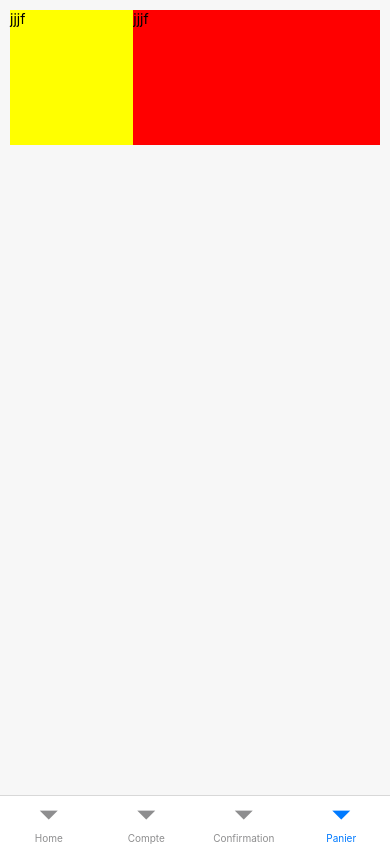
Repository: Norlan-20/Last-Afrilink
Screen: /Panier
An editor plug-in stored every save of this project. The screen is shown before and after the next save, followed by the edit.
The page's requests for data from a server got no answer. The app was drawn by React Native's web renderer in a window 390 px wide. The project was rebuilt for these pictures with package versions that can differ from the ones it lists, and the page was loaded fresh each time. No one was signed in, and anything a server would have sent is missing. Also part of the build but not shown: screen/User.js, component/button.js, screen/Confirmation.js, screen/Connexion.js, screen/Inscription.js, screen/Categorie.js, screen/Produit.js.

Above is the screen before, as saved 2021-09-27 09:33:06.

After the next save:
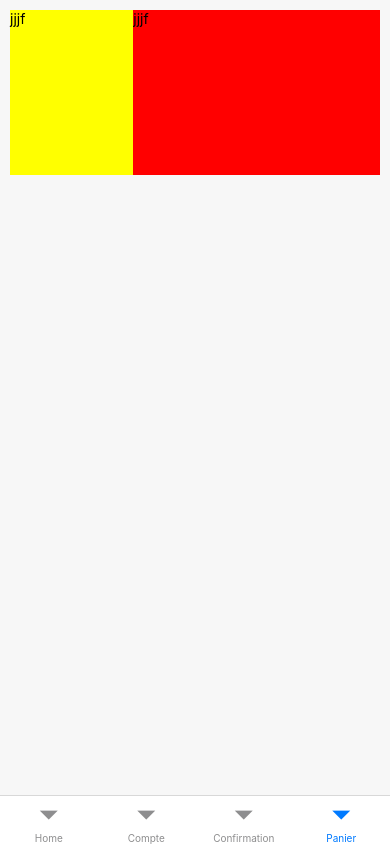
Saved 4 s later.
--- a/screen/Cart.js
+++ b/screen/Cart.js
@@ -30,7 +30,7 @@
         flexDirection: 'row',
         backgroundColor: '#DADADA',
         width: WIDTH,
-        height: WIDTH / 2 - 50,
+        height: WIDTH / 2 - 20,
     },
     productImageContiner: {
         flex: 1,
